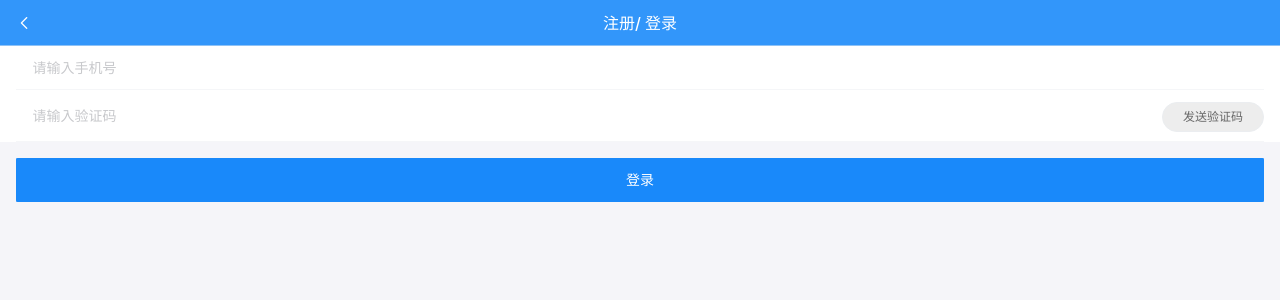
Repository: xn-lb/toutiao-mb
Page: /#/login
The author's editor kept a copy of each file at every save. The page is drawn from the files as they stood at one save, then again after the next save.
The browser window is 1280 px wide. The pictures show the whole page.
Some web fonts or font styles are not loaded; a fallback is used. The project was rebuilt for these pictures with package versions that can differ from the ones it lists, and the page was loaded fresh each time. Also part of the build but not shown: vue.config.js.

Above is the page before, as saved 2023-03-23 21:21:47.

After the next save:
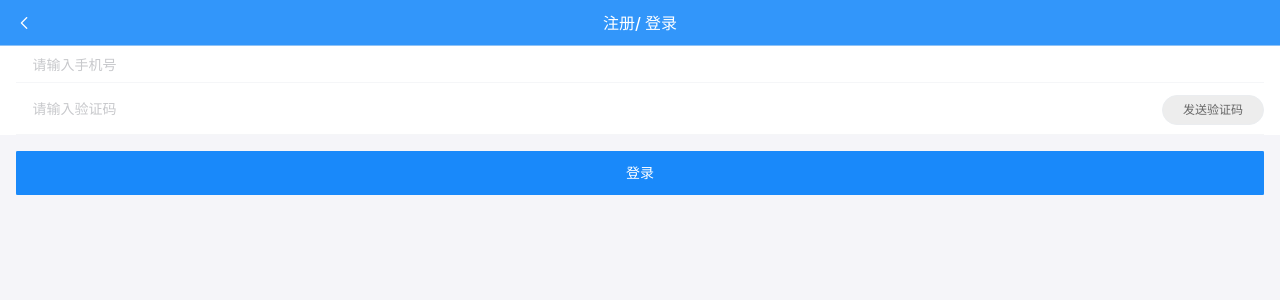
Saved 4 min 27 s later.
--- a/src/views/login/index.vue
+++ b/src/views/login/index.vue
@@ -10,6 +10,7 @@
     <!-- 登录表单 -->
     <van-form >
   <van-field
+    class="icon-hl"
     v-model="user.mobile"
     name="手机号"
     placeholder="请输入手机号"
@@ -97,6 +98,8 @@ export default {
   background-color: #6db4fb;
   border: none;
   font-style: 42px;
-
+}
+.icon-hl{
+  line-height:  0.64rem;
 }
 </style>
